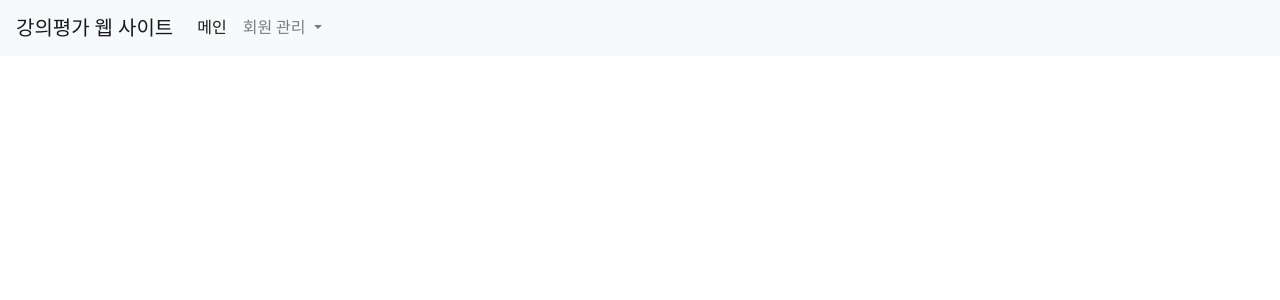
Repository: cldud5221/thdcldud
Page: http://localhost/info/
An editor plug-in stored every save of this project. The page is shown before and after the next save, followed by the edit.
The browser window is 1280 px wide. The pictures show the whole page.
Some web fonts or font styles are not loaded; a fallback is used. The page is served by Tomcat 9.

Above is the page before, as saved 2019-07-09 07:00:23.

After the next save:
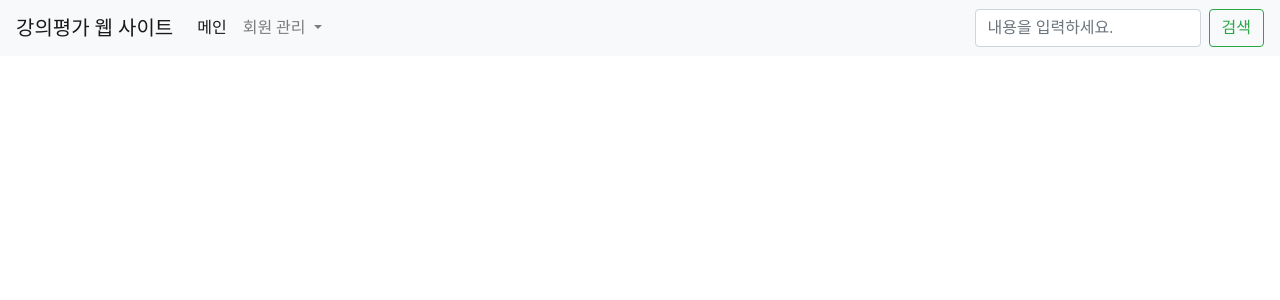
Saved 4 min 58 s later.
--- a/info/WebContent/index.jsp
+++ b/info/WebContent/index.jsp
@@ -32,6 +32,10 @@
 					</div>
 				</li>
 			</ul>
+			<form class="form-inline my-2 my-lg-0">
+				<input class="form-control mr-sm-2" type="search" placeholder="내용을 입력하세요." aria-label="Search">
+				<button class="btn btn-outline-success my-2 my-sm-0" type="submit">검색</button>
+			</form>
 		</div>
 	</nav>
 	<!-- 제이쿼리 자바스크립트 추가하기 -->
